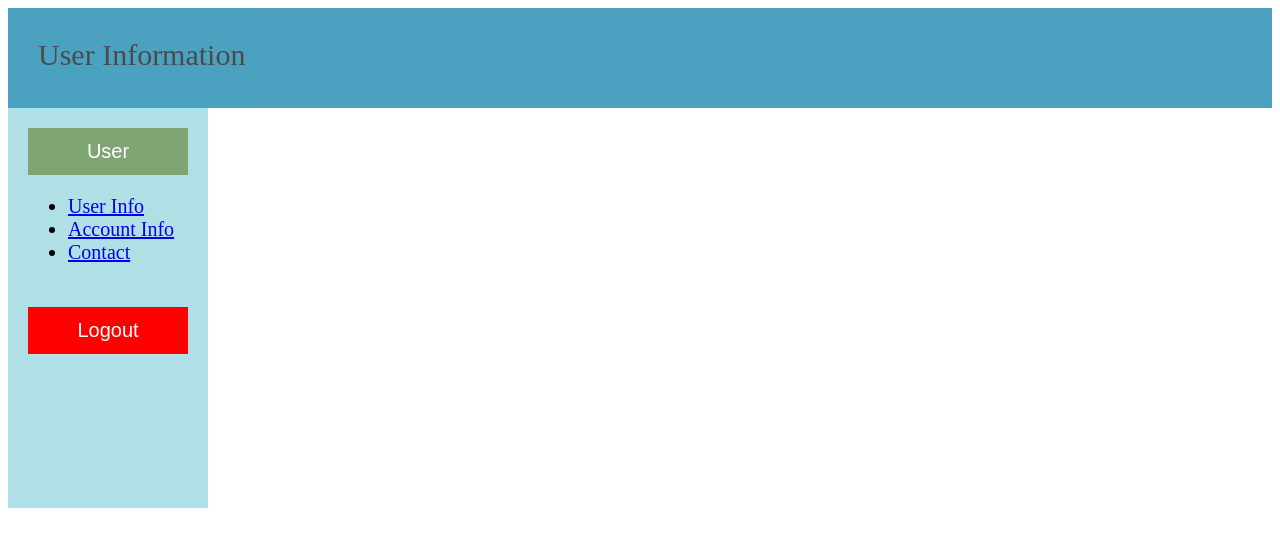
Repository: kennyufish/Revature_ROCP1_Project_Banking_API
Page: banking_api/src/main/webapp/userInfo.html
These files come from the project's save history. The page is drawn as it stood at one moment and after a run of saves; the edit follows.
The browser window is 1280 px wide. The pictures show the whole page.

Above is the page before, as saved 2020-10-10 15:59:56.

After the next 3 saves:
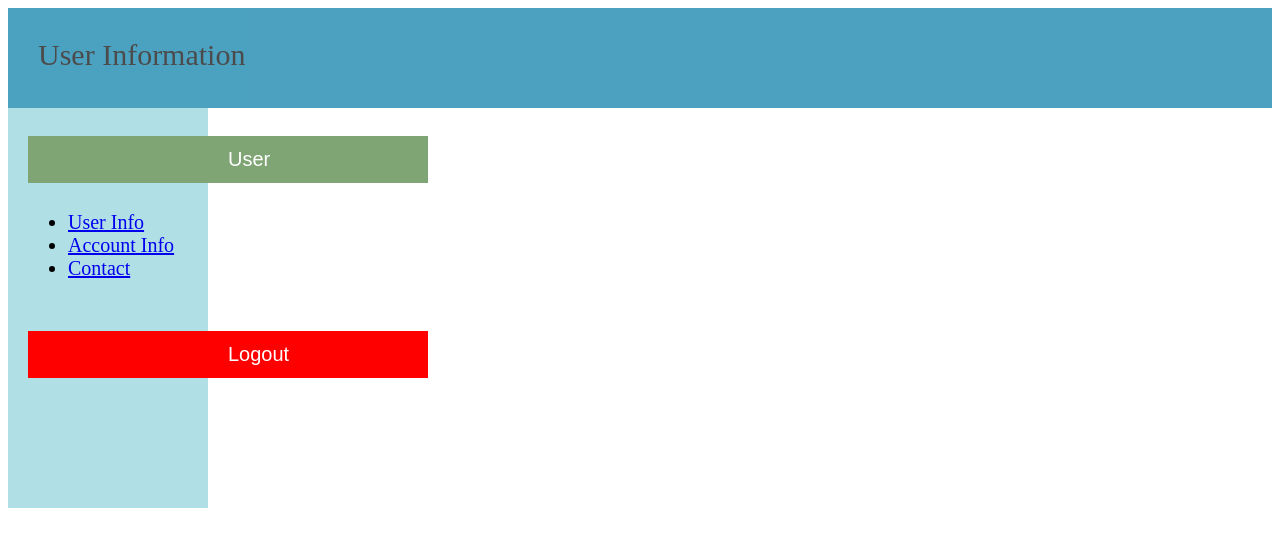
The 3 saves are shown as one change because they came seconds apart.
The last was saved 13 s later.
--- a/banking_api/src/main/webapp/userInfo.html
+++ b/banking_api/src/main/webapp/userInfo.html
@@ -52,7 +52,8 @@ table, th, td {
 button{
 	background-color:#7FA574;
 	color:white;
-	padding: 12px 0px;
+	padding: 12px 200px;
+	margin: 8px auto;
 	border:none;
 	cursor:pointer;
 	width:100%;
